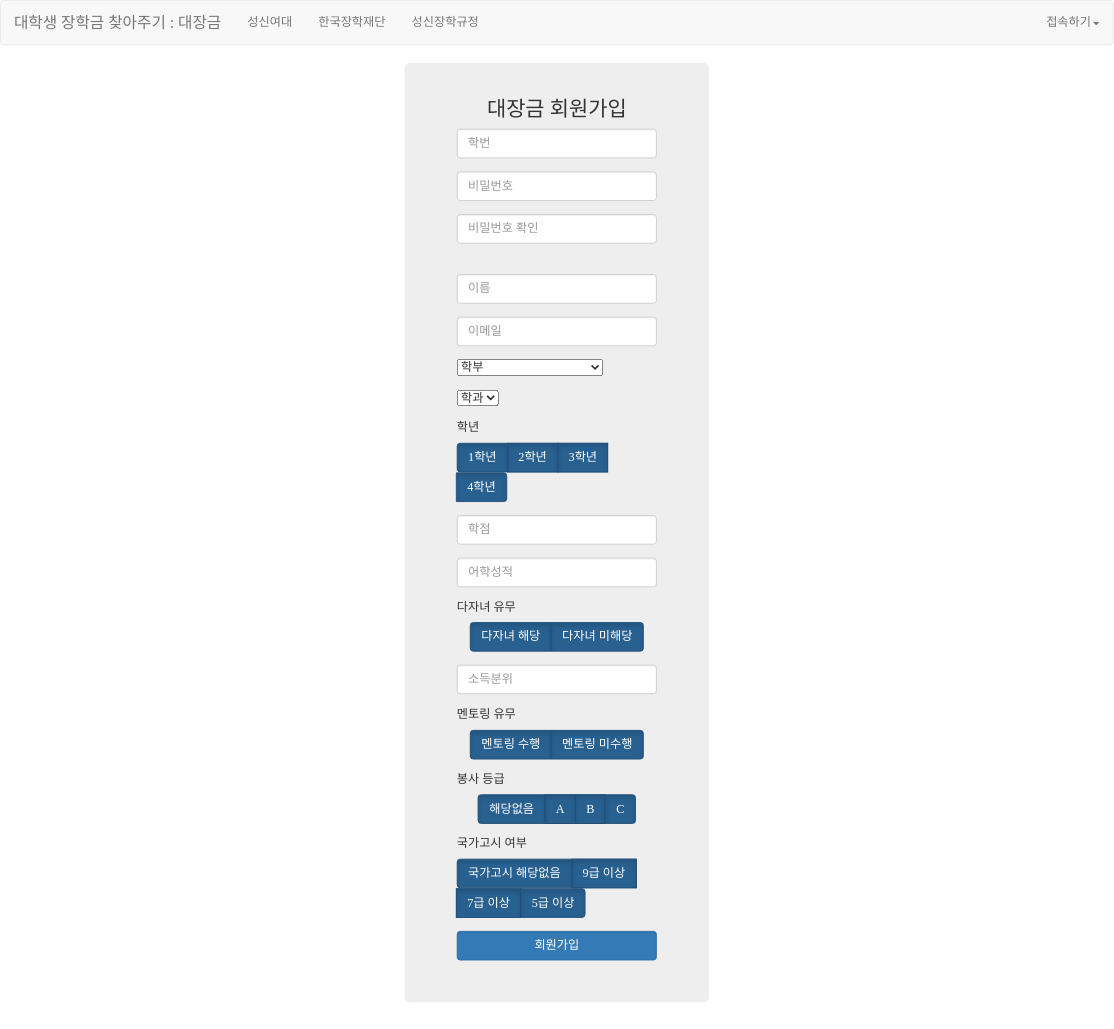
Repository: jiwon-214/DJG
Page: http://localhost/DJG/join.jsp
The author's editor kept a copy of each file at every save. The page is drawn from the files as they stood at one save, then again after the next save.
The browser window is 1280 px wide. The pictures show the whole page, at 87% of full size.
Some web fonts or font styles are not loaded; a fallback is used. Some web libraries are served in a nearby version. The page is served by Tomcat 9.

Above is the page before, as saved 2022-01-11 17:19:26.

After the next save:
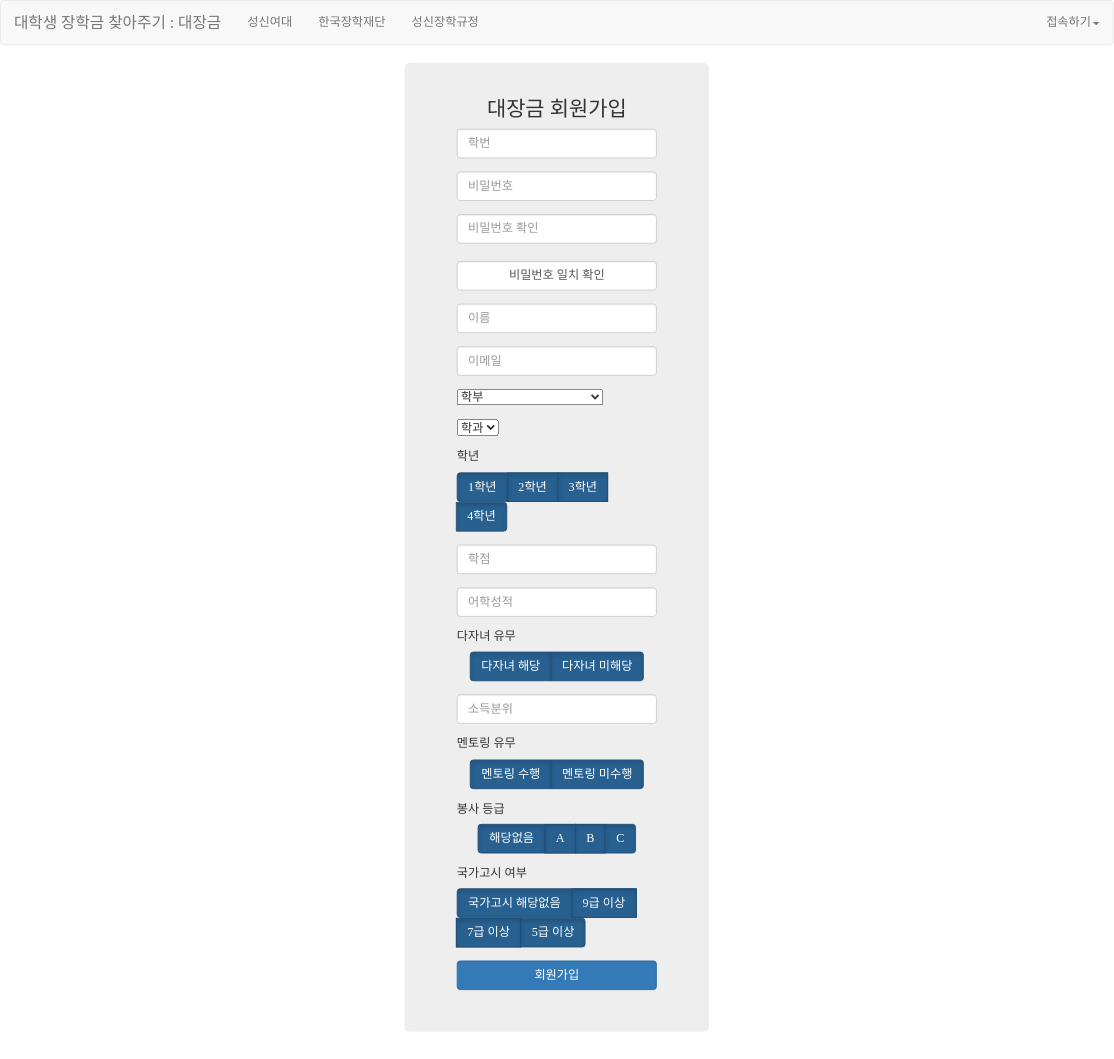
Saved 19 min 40 s later.
--- a/DJG/WebContent/join.jsp
+++ b/DJG/WebContent/join.jsp
@@ -56,6 +56,7 @@
                   <input type="password" class="form-control" placeholder="비밀번호 확인" name="userPassword" id="userPassword_again" maxlength="20" onchange="password()">
                	  &nbsp;
                <span id="check"></span>
+               <input type = "button" class="form-control" value = "비밀번호 일치 확인" onclick = password() />
                </div>
                <div class="form-group">
                   <input type="text" class="form-control" placeholder="이름" name="userName" maxlength="20">

After the 3 saves that followed:
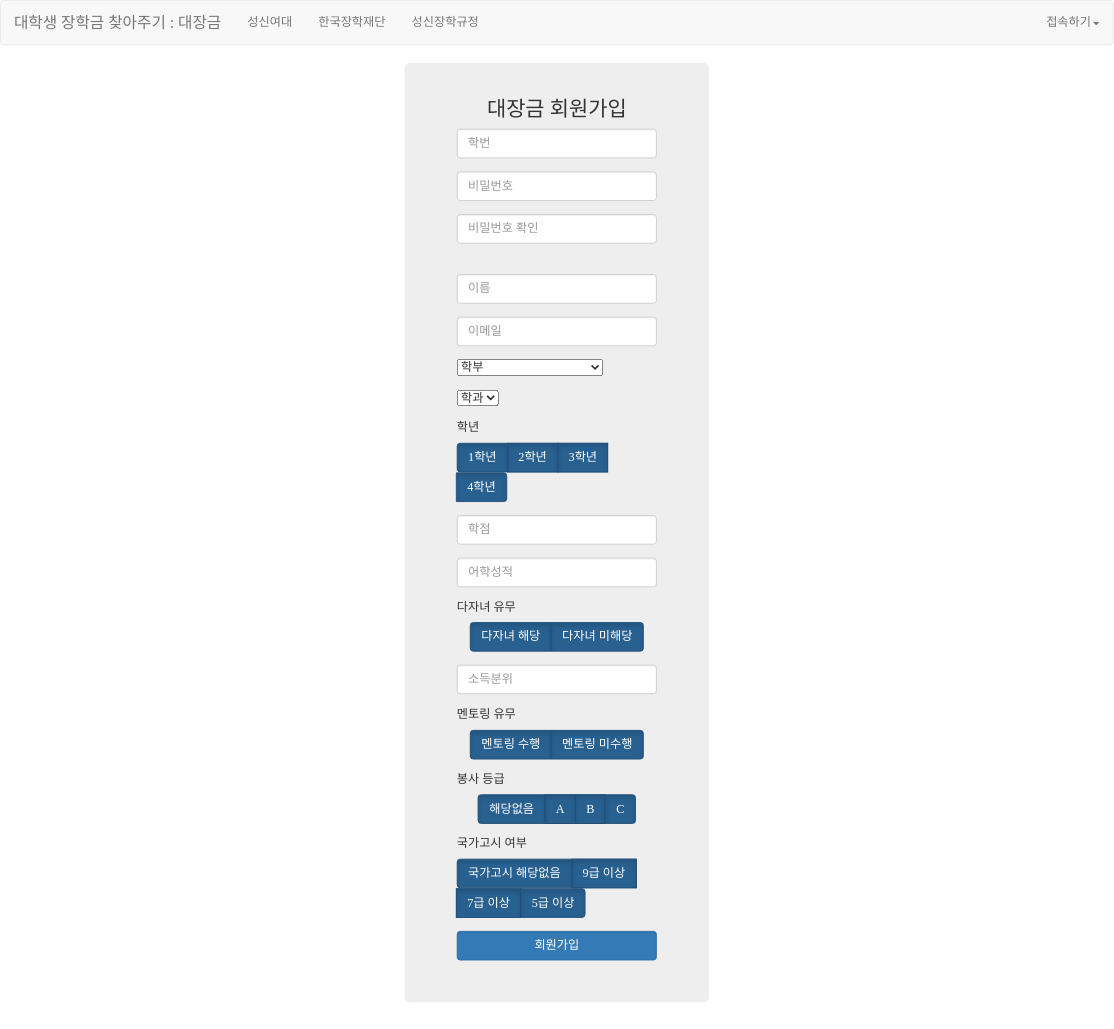
The 3 saves are shown as one change because 2 left the picture as it was.
The last was saved 5 min 25 s later.
--- a/DJG/WebContent/join.jsp
+++ b/DJG/WebContent/join.jsp
@@ -56,7 +56,6 @@
                   <input type="password" class="form-control" placeholder="비밀번호 확인" name="userPassword" id="userPassword_again" maxlength="20" onchange="password()">
                	  &nbsp;
                <span id="check"></span>
-               <input type = "button" class="form-control" value = "비밀번호 일치 확인" onclick = password() />
                </div>
                <div class="form-group">
                   <input type="text" class="form-control" placeholder="이름" name="userName" maxlength="20">
@@ -247,9 +246,11 @@
     	if(pw != pw2) {
     		document.getElementById('check').innerHTML = '비밀번호가 일치하지 않습니다.';
     		document.getElementById('check').style.color = 'red';
+    		return true;
     	} else {
     		document.getElementById('check').innerHTML = '비밀번호가 일치합니다.';
     		document.getElementById('check').style.color = 'blue';
+    		return false;
     	}
     }
 
